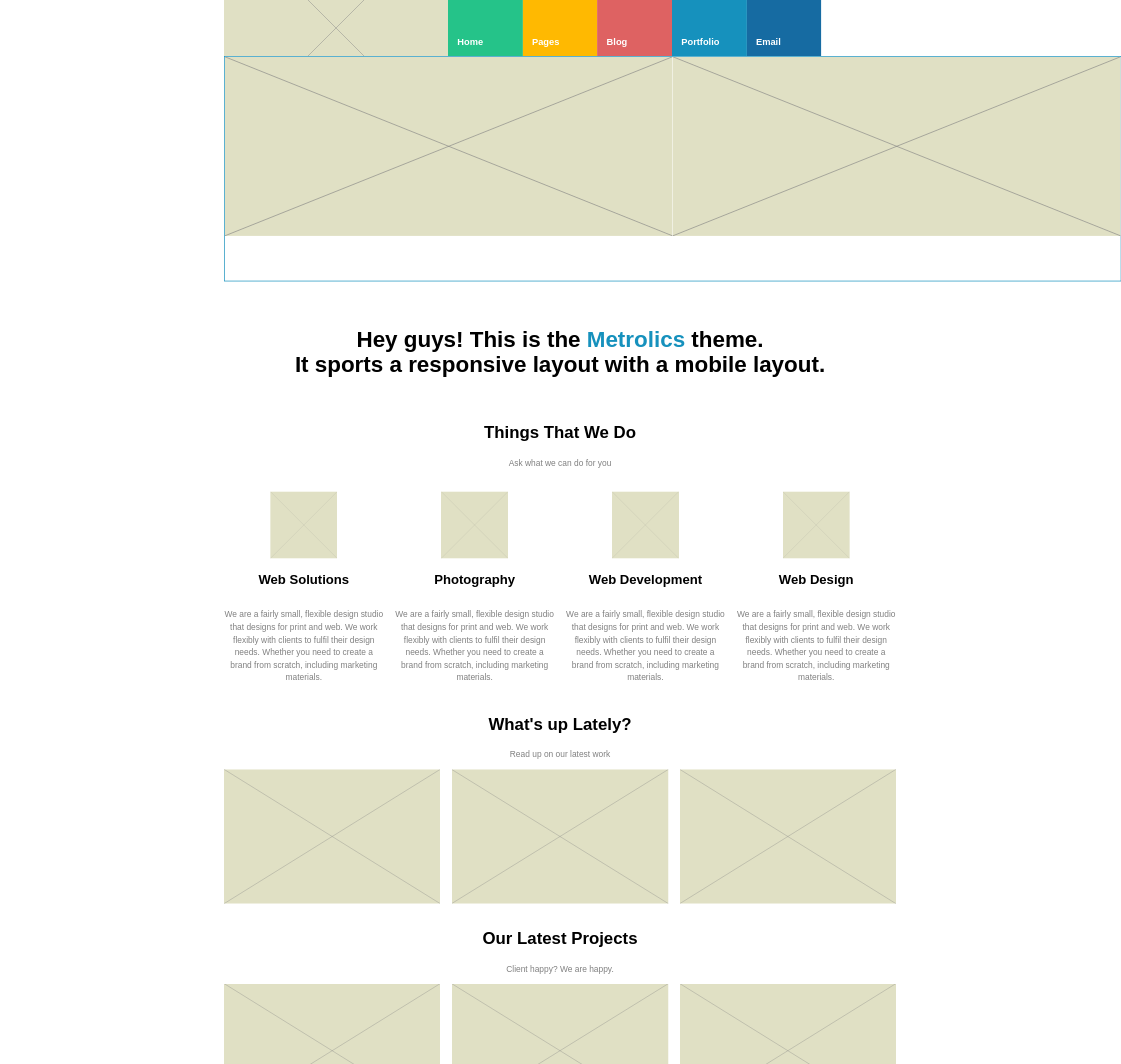
Repository: pjiang604/mdia2003-lab03b
Page: index.html
These files come from the project's save history. The page is drawn as it stood at one moment and after the next save; the edit follows.
The browser window is 1280 px wide. The page is 1602 px wide, so the pictures cover 1602 px, including what lies to the right of the window. The pictures show the part of the page from y = 0 to 1520 px (the page is 2722 px tall), at 70% of full size.

Above is the page before, as saved 2023-01-31 20:44:17.

After the next save:
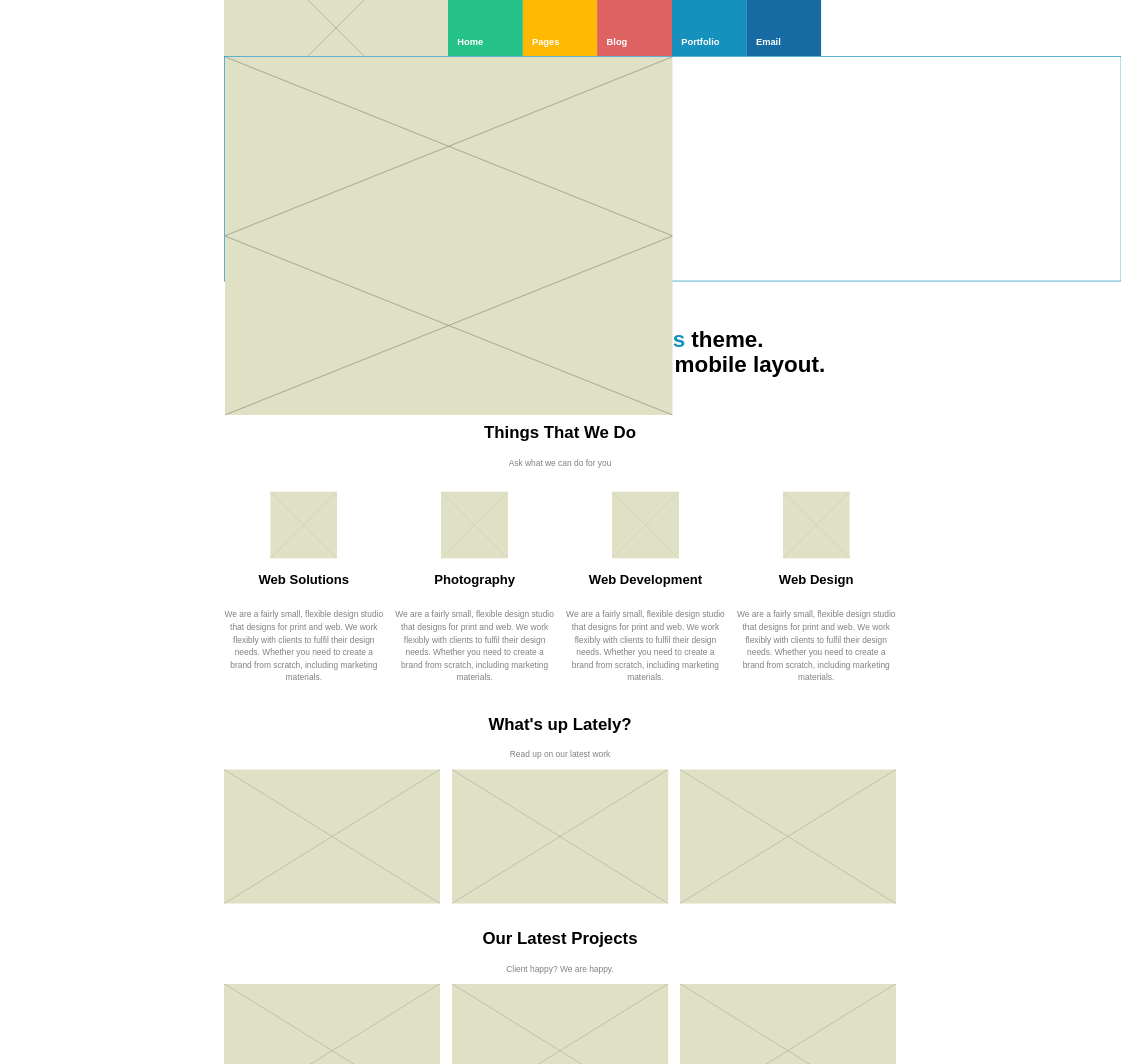
Saved 31 s later.
--- a/style.css
+++ b/style.css
@@ -123,7 +123,7 @@ nav h5 {
     height: 20em;
     width:100vw;
     border: 1px solid var(--lightBlue);
-    display:flex;
+    position:relative;
 }
 
 .carouselPicture img {
